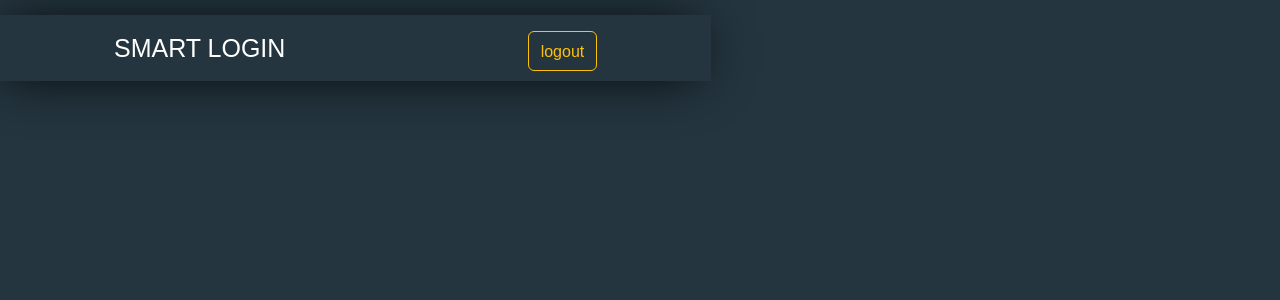
Repository: bodajava/TASK-4
Page: theerdIndex.html
These files come from the project's save history. The page is drawn as it stood at one moment and after the next save; the edit follows.
The browser window is 1280 px wide. The pictures show the whole page.

Above is the page before, as saved 2025-06-18 20:08:29.

### theerdIndex.html
<!DOCTYPE html>
<html lang="en">
  <head>
    <link rel="stylesheet" href="CSS/all.min.css" />
    <link rel="stylesheet" href="CSS/bootstrap.css" />
    <link rel="stylesheet" href="CSS/style.css" />
    <meta charset="UTF-8" />
    <meta name="viewport" content="width=device-width, initial-scale=1.0" />
    <title>Document</title>
  </head>
  <body>
    <div id="container" class="container-fluid">
      <nav
        id="nav"
        class="container navbar navbar-expand-lg bg-body-tertiary pt-0 pb-0"
      >
        <div class="container-fluid">
          <a id="margen" class="navbar-brand" href="#">SMART LOGIN</a>

          <button
            class="navbar-toggler"
            type="button"
            data-bs-toggle="collapse"
            data-bs-target="#navbarSupportedContent"
            aria-controls="navbarSupportedContent"
            aria-expanded="false"
            aria-label="Toggle navigation"
          >
            <span class="navbar-toggler-icon"></span>
          </button>

          <div class="collapse navbar-collapse" id="navbarSupportedContent">
            <ul class="navbar-nav ms-auto mb-2 mb-lg-0">
              <li>
                <a
                  class="pt-2 mt-3 btn btn-outline-warning w-100 d-flex align-items-center"
                  href=""
                  >logout</a
                >
              </li>
            </ul>
          </div>
        </div>
      </nav>
    </div>
    <div id="booox" class="group m-auto w-75 p-5"></div>
    <script src="js/bootstrap.bundle.min.js"></script>
    <script src="js/index.js"></script>
  </body>
</html>

### CSS/style.css
* {
  padding: 0;
  margin: 0;
  box-sizing: border-box;
}

body {
  background-color: #24353f;
  display: flex;
  justify-content: center;
  align-items: center;
  font-family: Arial, sans-serif;
}

#item {
  margin-top: 60px;
  margin-left: 390px;
  margin-right: 390px;
  padding-left: 15px;
  padding-right: 15px;
}

#item2 {
  box-shadow: -5px 2px 54px -9px rgba(0, 0, 0, 1);
  margin-left: 138.75px;
  margin-right: 138.75px;
  padding-left: 60px;
  padding-right: 60px;
  padding-top: 60px;
  padding-bottom: 60px;
}

h1 {
  color: #189bb1;
}

.anchor {
  text-decoration: none;
}

.anchor:hover {
  text-decoration: underline;
}

.paragraph {
  font-size: 20px;
  line-height: 30px;
  font-weight: 400;
  color: white;
}

.paragraph a {
  font-size: 20px;
  line-height: 30px;
  font-weight: 400;
  color: white;
}

.form-control {
  background-color: #24353f;
  border: 1px solid white;
  color: #fff;
  border-radius: 5px;
}

.form-control::placeholder {
  color: #a0a0a0;
}

.form-control:focus {
  background-color: #24353f;
  color: #fff;
  border-color: #189bb1;
  outline: none;
  box-shadow: none;
}

.btnn {
  text-decoration: none;
  color: #189bb1;
}

.btnn:hover {
  color: white;
}

#box {
  box-shadow: -5px 2px 54px -9px rgba(0, 0, 0, 1);
}

#nav {
  background-color: #24353f !important;
}

#container {
  box-shadow: -5px 2px 54px -9px rgba(0, 0, 0, 1);
}

#margen {
  margin-left: 90px;
  font-size: 25px;
  line-height: 38px;
  font-weight: 400;
  color: white;
}

ul li {
  margin-right: 90px;
  padding-bottom: 10px;
}

Loaded but not shown: CSS/all.min.css (library); CSS/bootstrap.css (library); js/bootstrap.bundle.min.js (library); js/index.js (no copy from this time; the picture is the same without it)

After the next save:
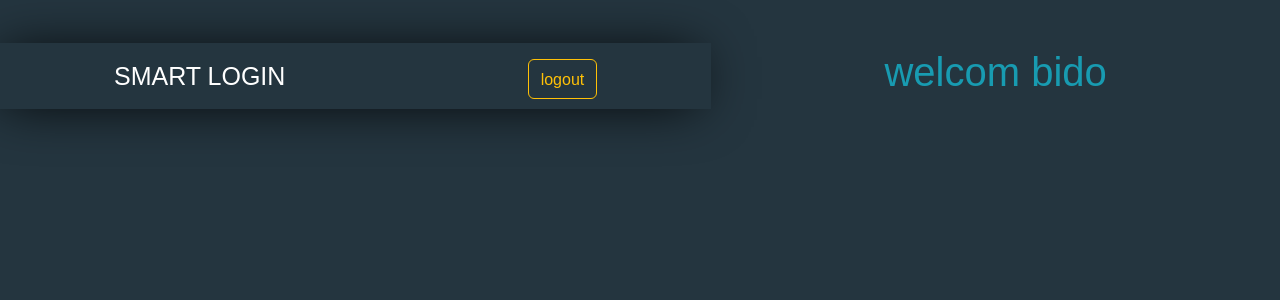
Saved 42 s later.
--- a/theerdIndex.html
+++ b/theerdIndex.html
@@ -43,7 +43,9 @@
         </div>
       </nav>
     </div>
-    <div id="booox" class="group m-auto w-75 p-5"></div>
+    <div id="booox" class="group m-auto w-75 p-5">
+      <h1 id="userName" class="text-center">welcom bido</h1>
+    </div>
     <script src="js/bootstrap.bundle.min.js"></script>
     <script src="js/index.js"></script>
   </body>
